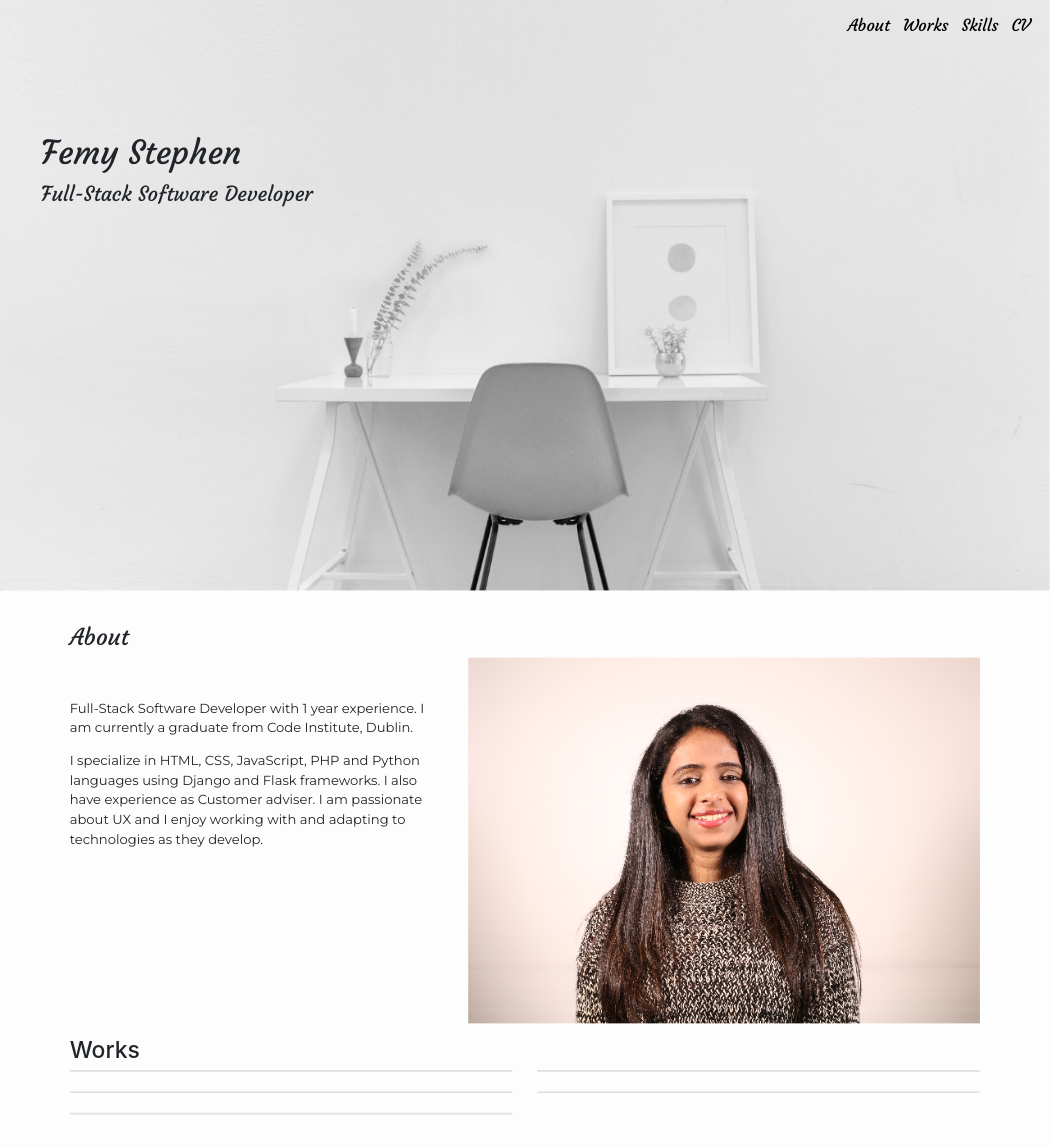
Repository: femy16/FemyStephen
Page: index.html
The author's editor kept a record of every edit. The page is drawn from the files as they stood at one moment, then again after the next edit.
The browser window is 1280 px wide. The pictures show the whole page, at 82% of full size.
Backgrounds fixed to the window are drawn as part of the page. Some web libraries are served in a nearby version.

Above is the page before.
Not found: hover.css

### index.html
<!DOCTYPE html>
<html lang="en">

<head>
    <meta charset="UTF-8">
    <meta name="viewport" content="width=device-width, initial-scale=1.0">
    <meta http-equiv="X-UA-Compatible" content="ie=edge">
    <link href="https://fonts.googleapis.com/css?family=Courgette|Kaushan+Script|Montserrat:300i&display=swap" rel="stylesheet">
    <link rel="stylesheet" href="https://use.fontawesome.com/releases/v5.3.1/css/all.css" integrity="sha384-mzrmE5qonljUremFsqc01SB46JvROS7bZs3IO2EmfFsd15uHvIt+Y8vEf7N7fWAU" crossorigin="anonymous">
    <link rel="stylesheet" href="hover.css" type="text/css" />
    <link rel="stylesheet" href="https://maxcdn.bootstrapcdn.com/bootstrap/4.0.0/css/bootstrap.min.css" integrity="sha384-Gn5384xqQ1aoWXA+058RXPxPg6fy4IWvTNh0E263XmFcJlSAwiGgFAW/dAiS6JXm" crossorigin="anonymous">
    <link rel="stylesheet" href="style.css" type="text/css" />
    <link href="https://fonts.googleapis.com/css?family=Montserrat" rel="stylesheet">
    <title>Femy Stephen</title>
</head>

<body>
    <header id="landing-view">


        <nav class="navbar navbar-expand-md navbar-masthead navbar-default navbar-fixed-top">
            <div class="container topmenu">


                <button class="navbar-toggler" type="button" data-toggle="collapse" data-target="#collapsibleNavbar">
    <span class="fa fa-bars" ></span>
  </button>
            </div>
            <div class="collapse navbar-collapse" id="collapsibleNavbar">
                <ul class="navbar-nav">
                    <li class="nav-item">
                        <a class="nav-link" href="#about">About</a>
                    </li>
                    <li class="nav-item">
                        <a class="nav-link" href="services.html">Works</a>
                    </li>
                    <li class="nav-item">
                        <a class="nav-link" href="products.html">Skills</a>
                    </li>
                    <li class="nav-item">
                        <a class="nav-link" href="contac_us.html">CV</a>
                    </li>
                </ul>
            </div>
        </nav>
        <div class="headercontainer">
            <h1 class="name">Femy Stephen</h1>
            <p class="title">Full-Stack Software Developer</p>

        </div>

    </header>
    <!--<div class="spacer"></div>-->
    <main>
        <div id="about">
            <div class="container">
                <h3 class="abouthead">About</h3>
                <div class="row">
                    <p>
                        <div class="col discri">
                            <p>Full-Stack Software Developer with 1 year experience. I am currently a graduate from Code Institute, Dublin.</p>
                            <p>I specialize in HTML, CSS, JavaScript, PHP and Python languages using Django and Flask frameworks. I also have experience as Customer adviser. I am passionate about UX and I enjoy working with and adapting to technologies as
                                they develop.</p>
                        </div>
                        <div class="col"><img src="images/fmimg.JPG"></div>
                </div>
                </p>
            </div>
        </div>


        <div id="works">
            <div class="container">
                <h3 class="workshead">Works</h3>
                <div class="row">
                    <p>
                        <div class="col workbox">
                            <div class="card">
                                </div><br />
                                <div class="card">
                                </div><br />
                                <div class="card">
                                </div><br />
                        </div>
                        <div class="col">

                            <div class="card">
                                </div><br />
                                <div class="card">
                                </div><br />
                        </div>
                </div>
                </p>
            </div>
        </div>

    </main>

    <footer>

    </footer>



    <script src="https://code.jquery.com/jquery-3.2.1.slim.min.js" integrity="sha384-KJ3o2DKtIkvYIK3UENzmM7KCkRr/rE9/Qpg6aAZGJwFDMVNA/GpGFF93hXpG5KkN" crossorigin="anonymous"></script>
    <script src="https://cdnjs.cloudflare.com/ajax/libs/popper.js/1.12.9/umd/popper.min.js" integrity="sha384-ApNbgh9B+Y1QKtv3Rn7W3mgPxhU9K/ScQsAP7hUibX39j7fakFPskvXusvfa0b4Q" crossorigin="anonymous"></script>
    <script src="https://maxcdn.bootstrapcdn.com/bootstrap/4.0.0/js/bootstrap.min.js" integrity="sha384-JZR6Spejh4U02d8jOt6vLEHfe/JQGiRRSQQxSfFWpi1MquVdAyjUar5+76PVCmYl" crossorigin="anonymous"></script>
</body>

</html>

### style.css
.navbar {
    background-color: transparent;
    text-align:right;

}

.navbar-fixed-top .container {

    text-align: right;
    margin-right: 1%;
    margin-top: 1%;

}
#landing-view {
    background-attachment: fixed;
    background-image: url('images/landing.jpg');
    background-position: bottom;
    background-size: cover;
    height: 100vh;
    width: 100vw;
    margin-bottom: 0px;
    z-index: 1;
}

body{

    background-color: #fdfdfd;
    width: 100%;
}


/*.spacer {*/
/*    width: 100%;*/
/*    height: 170px;*/
/*}*/


.nav-link {
    font-family: 'Courgette', cursive;
    font-size: 20px;
    color: black;
    padding-left: 40px;
    padding-right: 40px;
}

/*.nav-item {*/
/*    display: inline-block;*/
/*    padding: 10px;*/
/*    padding-left: 40px;*/
/*    padding-right: 40px;*/
/*}*/
.headercontainer{
    margin-top:100px;
   padding-left: 50px;
   font-family: 'Courgette', cursive;

}
.title{
    font-size:25px;

}
.name{
    font-size:40px;
}
.abouthead{
    margin-top:40px;
    font-family: 'Courgette', cursive;
}
.discri{
    margin-top:50px;
    font-family: 'Montserrat', sans-serif;
    font-size: medium;
}

After the next edit:
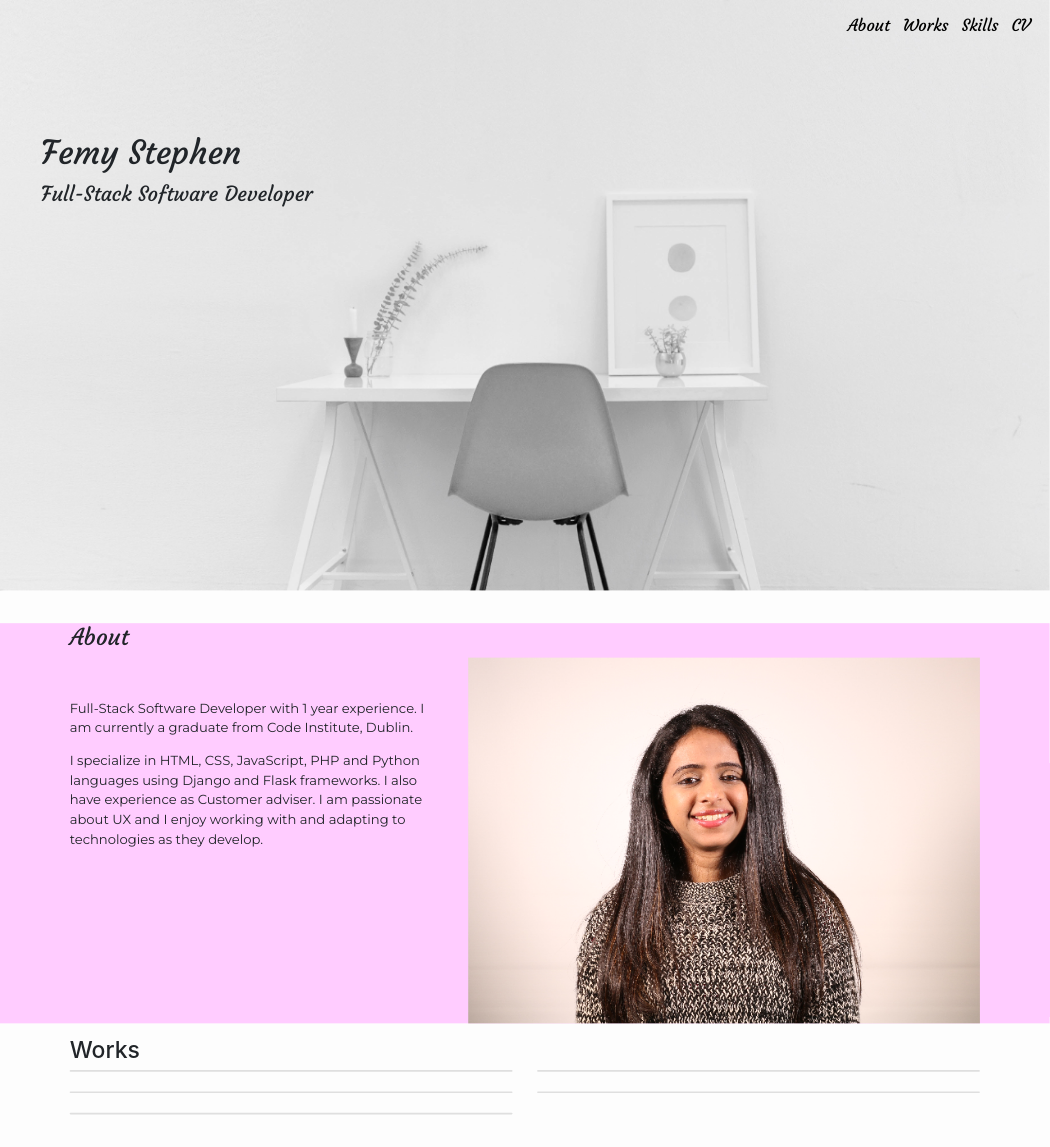
The edit:
--- a/style.css
+++ b/style.css
@@ -62,6 +62,9 @@
 .name{
     font-size:40px;
 }
+#about{
+    background-color: #ffccff;
+}
 .abouthead{
     margin-top:40px;
     font-family: 'Courgette', cursive;
